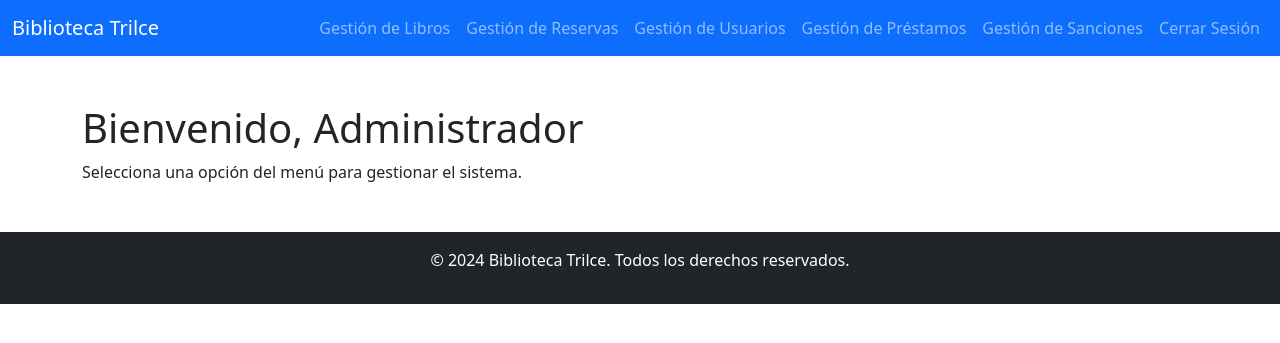
Repository: maycky02/Bibloteca_integrador
Page: http://localhost/admin/dashboard
The author's editor kept a copy of each file at every save. The page is drawn from the files as they stood at one save, then again after the next save.
The browser window is 1280 px wide. The pictures show the whole page.
The page is this project's Thymeleaf template; nobody is signed in. The template is opened directly, without the code that normally fills it, so the values that code supplies are empty.

Above is the page before, as saved 2024-12-01 05:33:00.

After the next save:
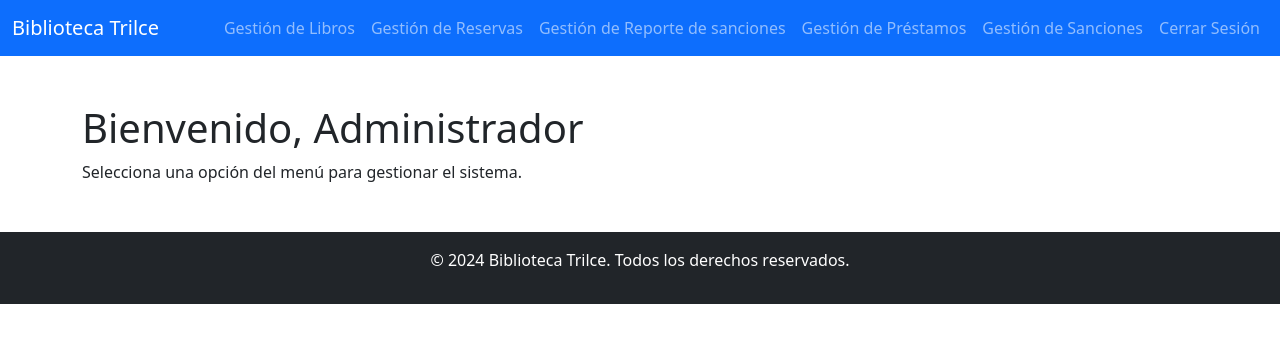
Saved 4 min 49 s later.
--- a/Bibloteca/src/main/resources/templates/admin/dashboard.html
+++ b/Bibloteca/src/main/resources/templates/admin/dashboard.html
@@ -22,7 +22,7 @@
                         <a class="nav-link" href="/admin/reservas">Gestión de Reservas</a>
                     </li>
                     <li class="nav-item">
-                        <a class="nav-link" href="/admin/usuarios">Gestión de Usuarios</a>
+                        <a class="nav-link" href="/admin/reportedesanciones">Gestión de Reporte de sanciones</a>
                     </li>
                     <li class="nav-item">
                         <a class="nav-link" href="/admin/prestamos">Gestión de Préstamos</a>
